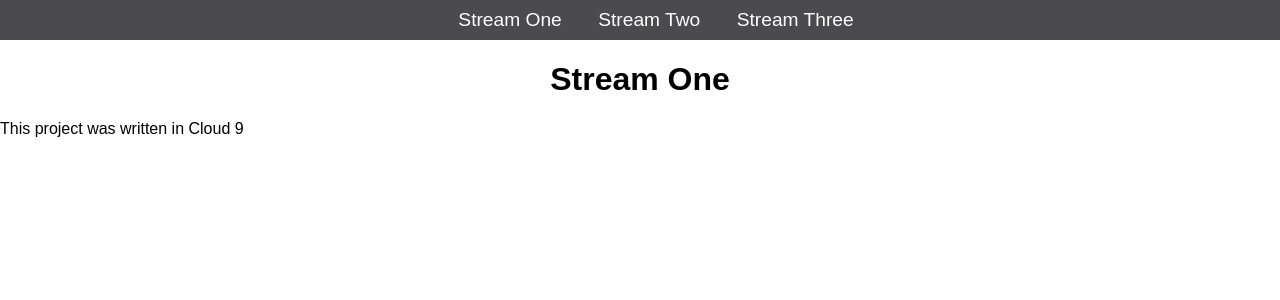
Repository: aliciarawlings/AliciaRawlings
Page: Stream-one.html
The author's editor kept a record of every edit. The page is drawn from the files as they stood at one moment, then again after the next edit.
The browser window is 1280 px wide. The pictures show the whole page.

Above is the page before.

### Stream-one.html
<html>
    <head>
            <title>Hello world</title>
            <link rel="stylesheet" href="css/style.css" type="text/css" />
    </head>

    <body>
    <nav>
        <ul>
            <li><a href="Stream-one.html">Stream One</a></li>
            <li> <a href="Stream-two.html">Stream Two</a></li>
             <li><a href="Stream-three.html">Stream Three</a></li>
        </ul>

    </nav>
        <h1>Stream One</h1>
    <p>This project was written in Cloud 9</p>


    </body>
</html>

### css/style.css
body{
    margin:0;
    padding:0;
    font-family:"Oswald", sans-serif;

}

nav ul {
    list-style:none;
    background-color:#4a4a4f;
    text-align:center;
    margin:0;
    padding:0;

}


nav li {
    font-size:1.2em;
    line-height:40px;
    height:40px;
    display:inline-block;
    margin-left:2.5%;

}


nav a {
    text-decoration:none;
    color:#ffffff;
    display:block;

}

nav a:hover {
    background-color:#ffffff;
    color:#4a4a4f;
}

.card {
    float:left;
    width:20%;
    margin-left:10%;

}

.card a {
    text-align:center;

}


img{
    width:100%;

}


h1 {
    text-align:center;

}

After the next edit:
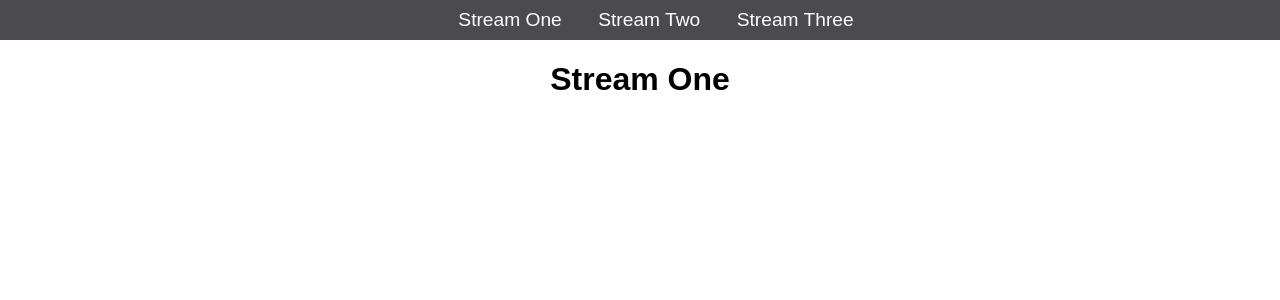
The edit:
--- a/Stream-one.html
+++ b/Stream-one.html
@@ -14,7 +14,12 @@
 
     </nav>
         <h1>Stream One</h1>
-    <p>This project was written in Cloud 9</p>
+    <div class="card">
+        <a href=">
+        <img>
+        <h2>
+        </a>
+    </div>
 
 
     </body>
